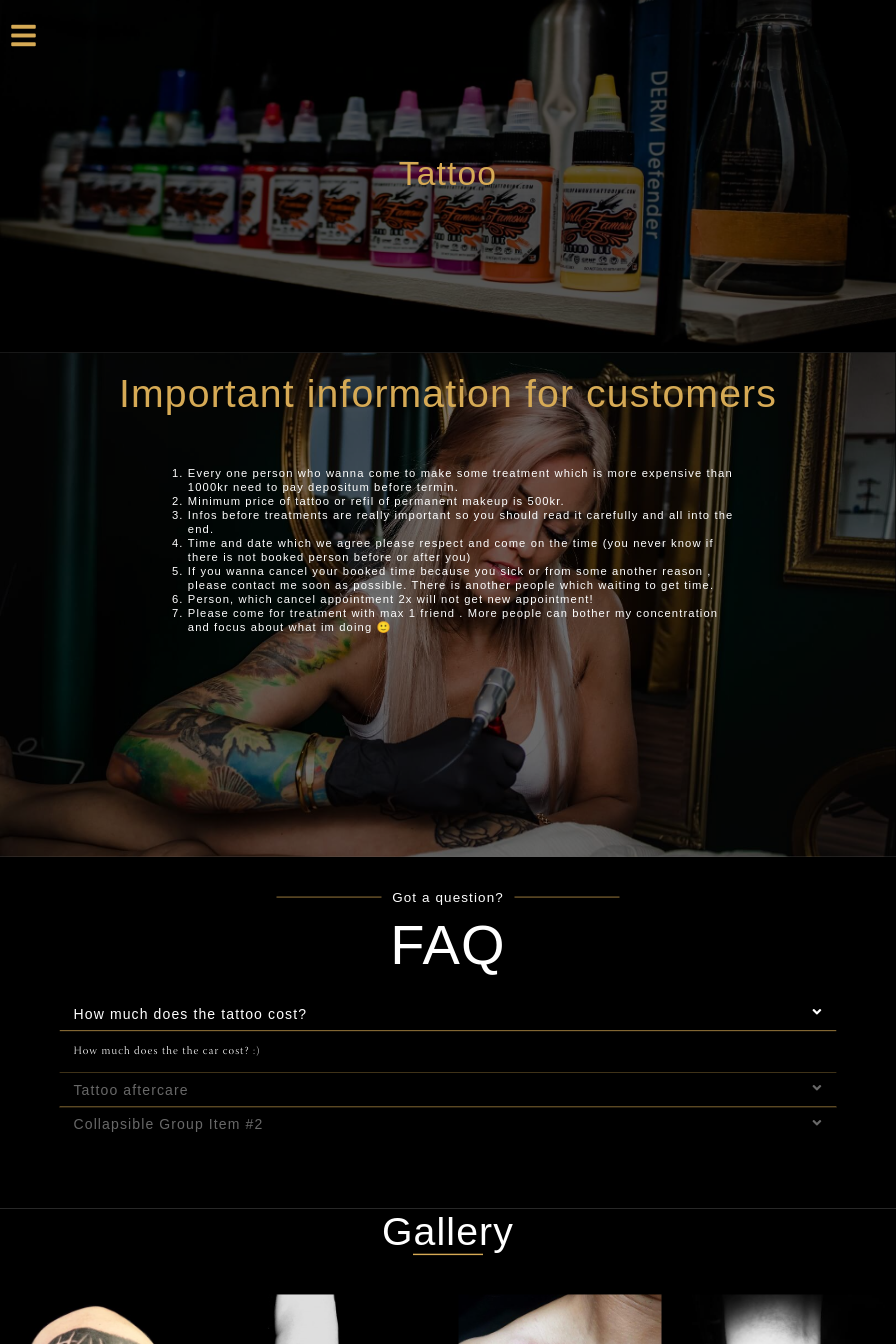
Repository: Spreceriany/TattooWeb
Page: tattoo-en.html
These files come from the project's save history. The page is drawn as it stood at one moment and after the next save; the edit follows.
The browser window is 1280 px wide. The pictures show the part of the page from y = 0 to 1920 px (the page is 3497 px tall), at 70% of full size.
Backgrounds fixed to the window are drawn as part of the page. Some web fonts or font styles are not loaded; a fallback is used. Some web libraries are served in a nearby version.

Above is the page before, as saved 2020-04-23 19:03:01.
Console error: TypeError: Cannot read properties of null (reading 'addEventListener')

After the next save:
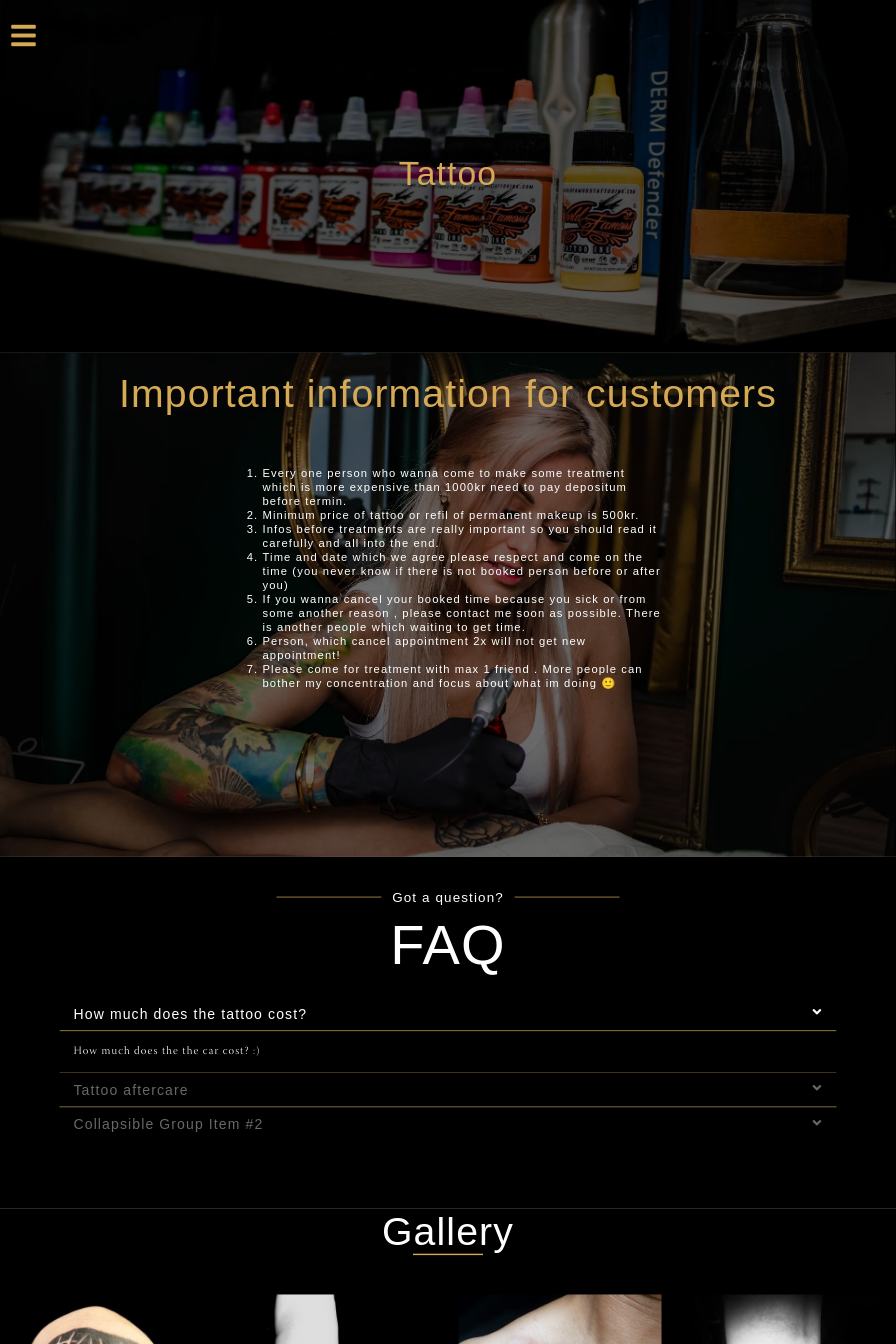
Saved 18 s later.
--- a/tattoo-en.html
+++ b/tattoo-en.html
@@ -76,7 +76,7 @@
   <div class="container-fluid tattoo-uvod py-4">
     <h2 class="gold  text-center display-4 ">Important information for customers</h2>
     <div class="row pt-5">
-      <div class=" offset-2 col-sm-8 col-12 pt-3">
+      <div class=" offset-3 col-sm-6 col-12 pt-3">
 
           <ol class="text-white">
             <li>Every one person who wanna come to make some treatment which is more expensive than 1000kr need to pay depositum before termin. </li>
@@ -88,7 +88,7 @@
             <li>Please come for treatment with max 1 friend . More people can bother my concentration and focus about what im doing 🙂</li>
           </ol>
       </div>
-      <div class="col-2"></div>
+      <div class="col-3"></div>
     </div>
   </div>
 <div class="container-fluid black-bg py-5" style="height: auto;"  data-aos="fade" data-aos-duration="2000">
